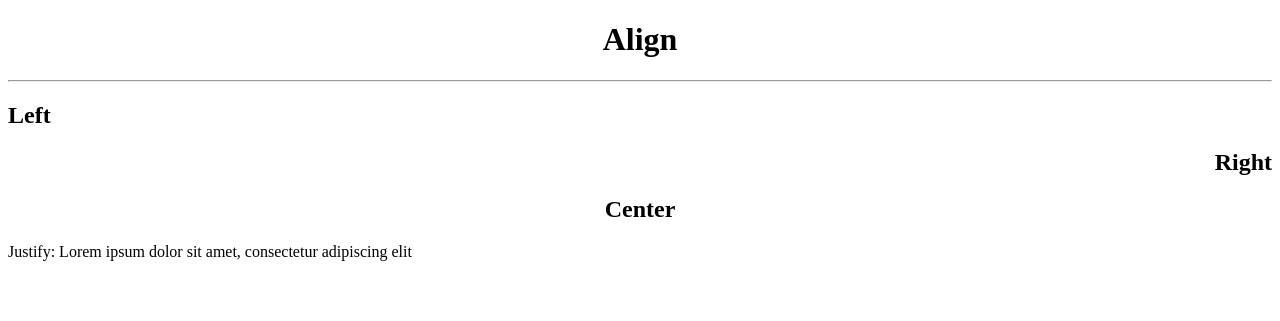
Repository: ankitgujre01/HTMLgeeks
Page: Attribute.html
An editor plug-in stored every save of this project. The page is shown before and after the next save, followed by the edit.
The browser window is 1280 px wide. The pictures show the whole page.

Above is the page before, as saved 2025-09-02 23:43:20.

After the next save:
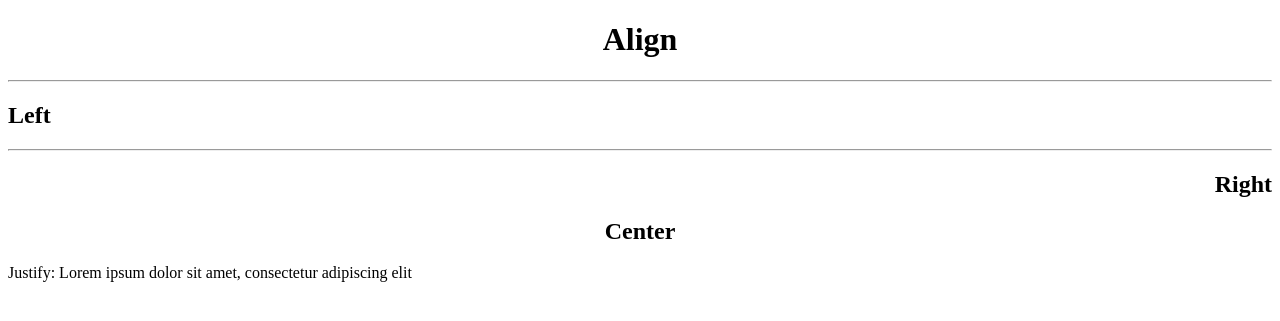
Saved 5 s later.
--- a/Attribute.html
+++ b/Attribute.html
@@ -5,7 +5,7 @@
     </head>
     <body>
         <h1 align="center">Align</h1> <hr>
-        <h2 align="left">Left</h2>
+        <h2 align="left">Left</h2> <hr>
         <h2 align="right">Right</h2>
         <h2 align="center">Center</h2>
         <p align="justify">Justify: Lorem ipsum dolor sit amet, consectetur adipiscing elit</p>
